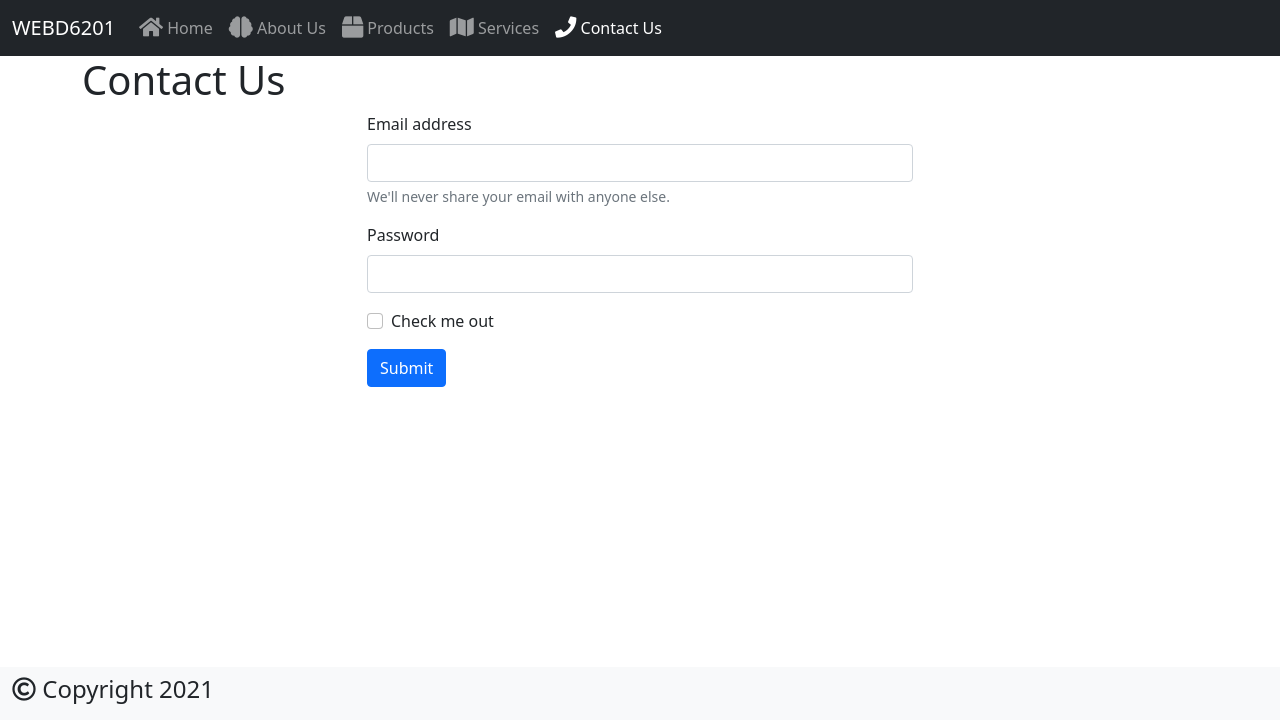
Repository: AshokSasi/WEBD6201-Week3
Page: contact.html
These files come from the project's save history. The page is drawn as it stood at one moment and after the next save; the edit follows.
The browser window is 1280 px wide. The pictures show the whole page.

Above is the page before, as saved 2021-01-21 10:25:52.

### contact.html
<!DOCTYPE html>
<html lang="en">
<head>
    <meta charset="UTF-8">
    <meta name="viewport" content="width=device-width, initial-scale=1.0">
    <title>Contact Us</title>
    <!-- CSS Section-->
    <link rel="stylesheet" href="./Content/app.css">
    <link rel="stylesheet" href="./node_modules/bootstrap/dist/css/bootstrap.min.css">
    <link rel="stylesheet" href="./node_modules/@fortawesome/fontawesome-free/css/all.min.css">
</head>
<body>
  <!-- Main Header -->
    <header>
      <!--main navbar-->
        <nav class="navbar navbar-expand-lg navbar-dark bg-dark">
            <div class="container-fluid">
              <a class="navbar-brand" href="index.html">WEBD6201</a>
              <button class="navbar-toggler" type="button" data-bs-toggle="collapse" data-bs-target="#navbarSupportedContent" aria-controls="navbarSupportedContent" aria-expanded="false" aria-label="Toggle navigation">
                <span class="navbar-toggler-icon"></span>
              </button>
              <div class="collapse navbar-collapse" id="navbarSupportedContent">
                <ul class="navbar-nav me-auto mb-2 mb-lg-0">
                  <li class="nav-item">
                    <a class="nav-link" aria-current="page" href="index.html"><i class="fas fa-home fa-lg"></i> Home</a>
                  </li>
                  <li class="nav-item">
                    <a class="nav-link" aria-current="page" href="about.html"><i class="fas fa-brain fa-lg"></i> About Us</a>
                  </li>
                  <li class="nav-item">
                    <a class="nav-link" aria-current="page" href="products.html"><i class="fas fa-box fa-lg"></i> Products</a>
                  </li>
                  <li class="nav-item">
                    <a class="nav-link" aria-current="page" href="services.html"><i class="fas fa-map fa-lg"></i> Services</a>
                  </li>
                  <li class="nav-item">
                    <a class="nav-link active" aria-current="page" href="contact.html"><i class="fas fa-phone fa-lg"></i> Contact Us</a>
                  </li>
                </ul>

              </div>
            </div>
          </nav>
    </header>

    <!-- Main Content-->
    <main class="container">
        <h1>Contact Us</h1>

        <!--Contact us form-->
        <div class="row justify-content-md-center">
          <form class="col-lg-6 col-md-10 col-sm-10">
            <div class="mb-3">
              <label for="exampleInputEmail1" class="form-label">Email address</label>
              <input type="email" class="form-control" id="exampleInputEmail1" aria-describedby="emailHelp">
              <div id="emailHelp" class="form-text">We'll never share your email with anyone else.</div>
            </div>
            <div class="mb-3">
              <label for="exampleInputPassword1" class="form-label">Password</label>
              <input type="password" class="form-control" id="exampleInputPassword1">
            </div>
            <div class="mb-3 form-check">
              <input type="checkbox" class="form-check-input" id="exampleCheck1">
              <label class="form-check-label" for="exampleCheck1">Check me out</label>
            </div>
            <button type="submit" class="btn btn-primary">Submit</button>
          </form>

        </div>

    </main>

    <!--Main Footer Nav -->
    <footer>
        <nav class="navbar fixed-bottom navbar-light bg-light">
            <div class="container-fluid">
              <h4><i class="far fa-copyright"></i> Copyright 2021</h4>
            </div>
          </nav>
    </footer>

    <!--Javascript section-->
    <script src="./Scripts/app.js"></script>
    <script src="./node_modules/jquery/dist/jquery.min.js"></script>
    <script src="./node_modules/bootstrap/dist/js/bootstrap.bundle.min.js"></script>
</body>
</html>

### Scripts/app.js

//IIFE Immediately Function Expression
//AKA - Anonymous Self- Executing Function
//Closure - Limits scop leak

"use strict";

(function()
{
    function displayHome()
    {
        let paragraphOneText = "This is a simple site to demonstrate DOM manipulation for ICE 1";

        let paragraphOneElement = document.getElementById("paragraphOne");

        paragraphOneElement.textContent= paragraphOneText;
        paragraphOneElement.className="fs-5";

        // Step 1: document.createElement
        let newParagraph  = document.createElement("p");
        // Step 2: Configure the element
        newParagraph.setAttribute("id","paragraphTwo");
        newParagraph.textContent = "... And this is paragraph two";
        // Step 3: Select the parent element
        let mainContent = document.getElementsByTagName("main")[0];
        // Step4: Add/Insert the element
        mainContent.appendChild(newParagraph);

        newParagraph.className = "fs-6";

        //another way of injecting content
       let paragraphDiv = document.createElement("div");
       let paragraphThree= `<p id="paragraphThree" class="fs-7 fw-bold">And this is the third paragraph</p>`;
        paragraphDiv.innerHTML = paragraphThree;

        //example of inserting before a node.
      //  newParagraph.before(paragraphDiv)

      //example of inserting after a node.
      newParagraph.after(paragraphDiv);

      //delete elements
      //paragraphOneElement.remove();

      //example of remove child
      mainContent.removeChild(paragraphOneElement);

      //update / modification
     // mainContent.firstElementChild.textContent = "Welcome Home";

     mainContent.innerHTML =
     `<h1 id="firstHeading">Welcome to WEBD6201 - ICE 1</h1>
     <p id="paragraphOne" class="fs-3 fw-bold">This is my first paragraph</p>
     `

    }

    function displayAbout()
    {

    }

    function displayProducts()
    {

    }

    function displayServices()
    {

    }

    function displayContact()
    {

    }

    function Start()
    {
        console.log("App started ...");
        console.log(document.title);
        switch (document.title)
        {
          case "Home":
              displayHome();
            break;
          case "About":
              displayAbout();
            break;
          case "Products":
              displayProducts();
            break;
          case "Services":
              displayServices();
            break;
          case "Contact Us":
              displayContact();
            break;
        }


    }
    window.addEventListener("load", Start);
})();

Loaded but not shown: node_modules/bootstrap/dist/css/bootstrap.min.css (library); node_modules/@fortawesome/fontawesome-free/css/all.min.css (library); node_modules/jquery/dist/jquery.min.js (library); node_modules/bootstrap/dist/js/bootstrap.bundle.min.js (library); Content/app.css (no stored copy; drawn as an empty file)

After the next save:
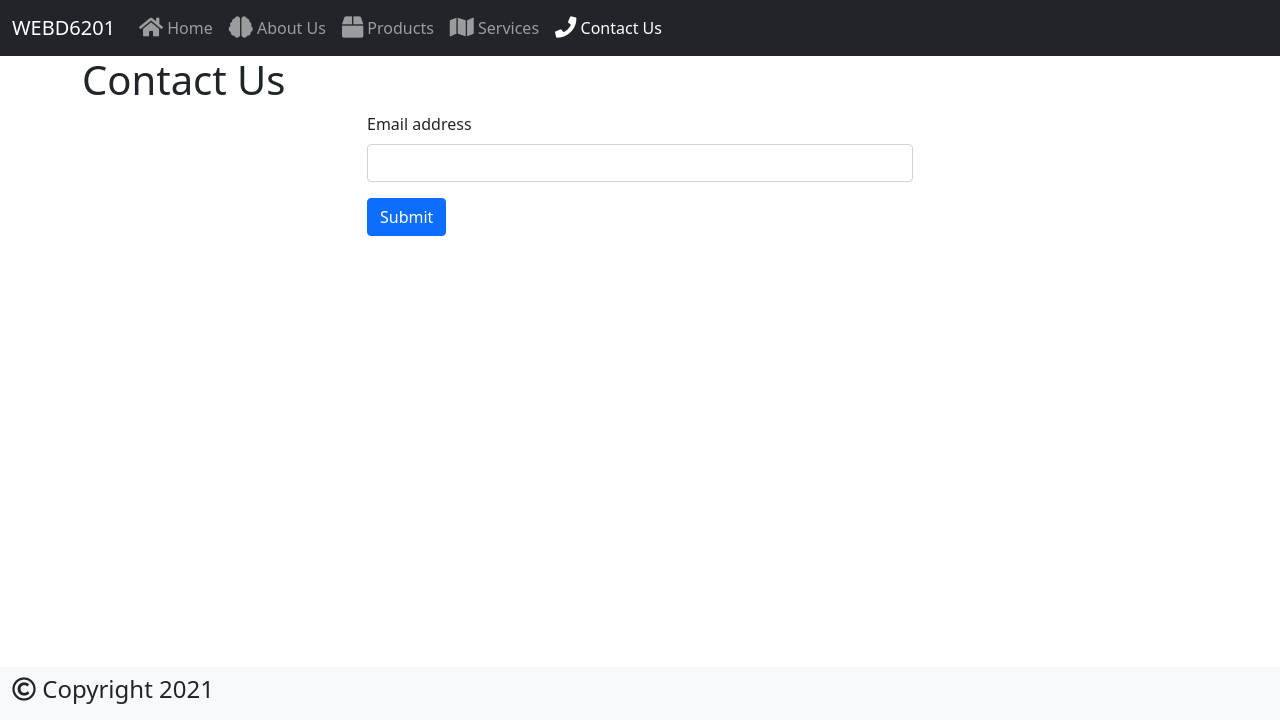
Saved 61 s later.
--- a/contact.html
+++ b/contact.html
@@ -53,15 +53,6 @@
             <div class="mb-3">
               <label for="exampleInputEmail1" class="form-label">Email address</label>
               <input type="email" class="form-control" id="exampleInputEmail1" aria-describedby="emailHelp">
-              <div id="emailHelp" class="form-text">We'll never share your email with anyone else.</div>
-            </div>
-            <div class="mb-3">
-              <label for="exampleInputPassword1" class="form-label">Password</label>
-              <input type="password" class="form-control" id="exampleInputPassword1">
-            </div>
-            <div class="mb-3 form-check">
-              <input type="checkbox" class="form-check-input" id="exampleCheck1">
-              <label class="form-check-label" for="exampleCheck1">Check me out</label>
             </div>
             <button type="submit" class="btn btn-primary">Submit</button>
           </form>
